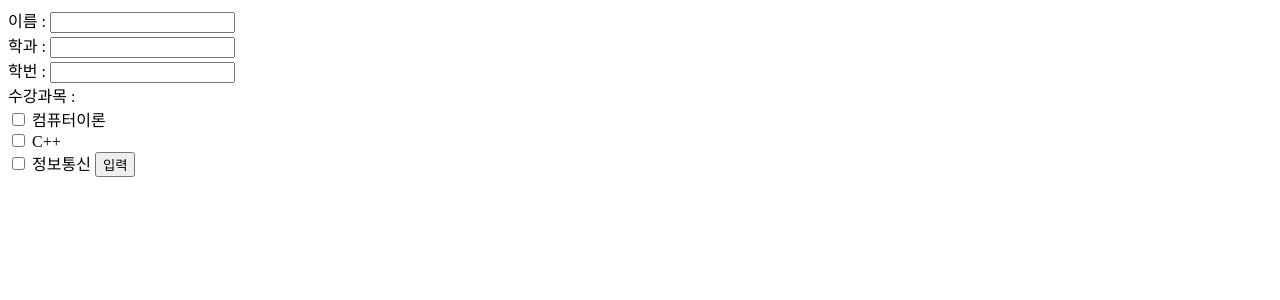
Repository: GitOnibi/jsp
Page: http://localhost/JSPprojec/school/stu_input.jsp
The author's editor kept a copy of each file at every save. The page is drawn from the files as they stood at one save, then again after the next save.
The browser window is 1280 px wide. The pictures show the whole page.
The page is served by Tomcat 9.

Above is the page before, as saved 2019-01-07 12:56:10.

After the next save:
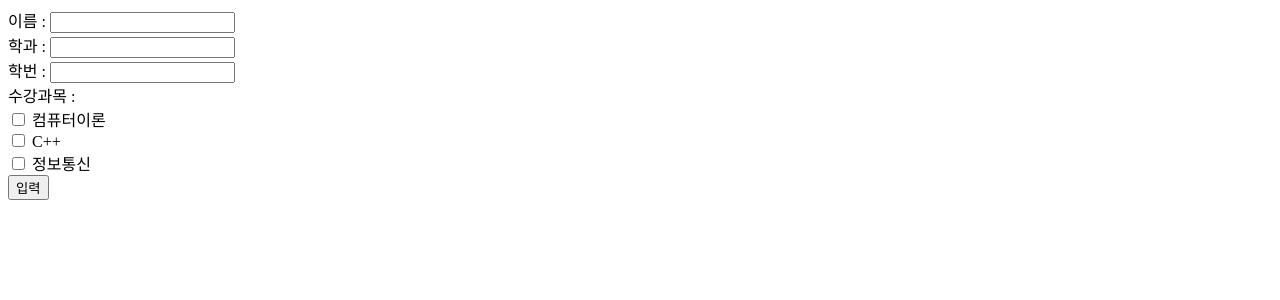
Saved 5 s later.
--- a/JSPprojec/WebContent/school/stu_input.jsp
+++ b/JSPprojec/WebContent/school/stu_input.jsp
@@ -13,7 +13,7 @@
 		수강과목 : <br />
 		<input type="checkbox" name="dep_ck1"/> 컴퓨터이론<br />
 		<input type="checkbox" name="dep_ck2"/> C++<br />
-		<input type="checkbox" name="dep_ck3"/> 정보통신
+		<input type="checkbox" name="dep_ck3"/> 정보통신<br />
 		<input type="submit" value="입력"/>
 	</form>
 </body>
